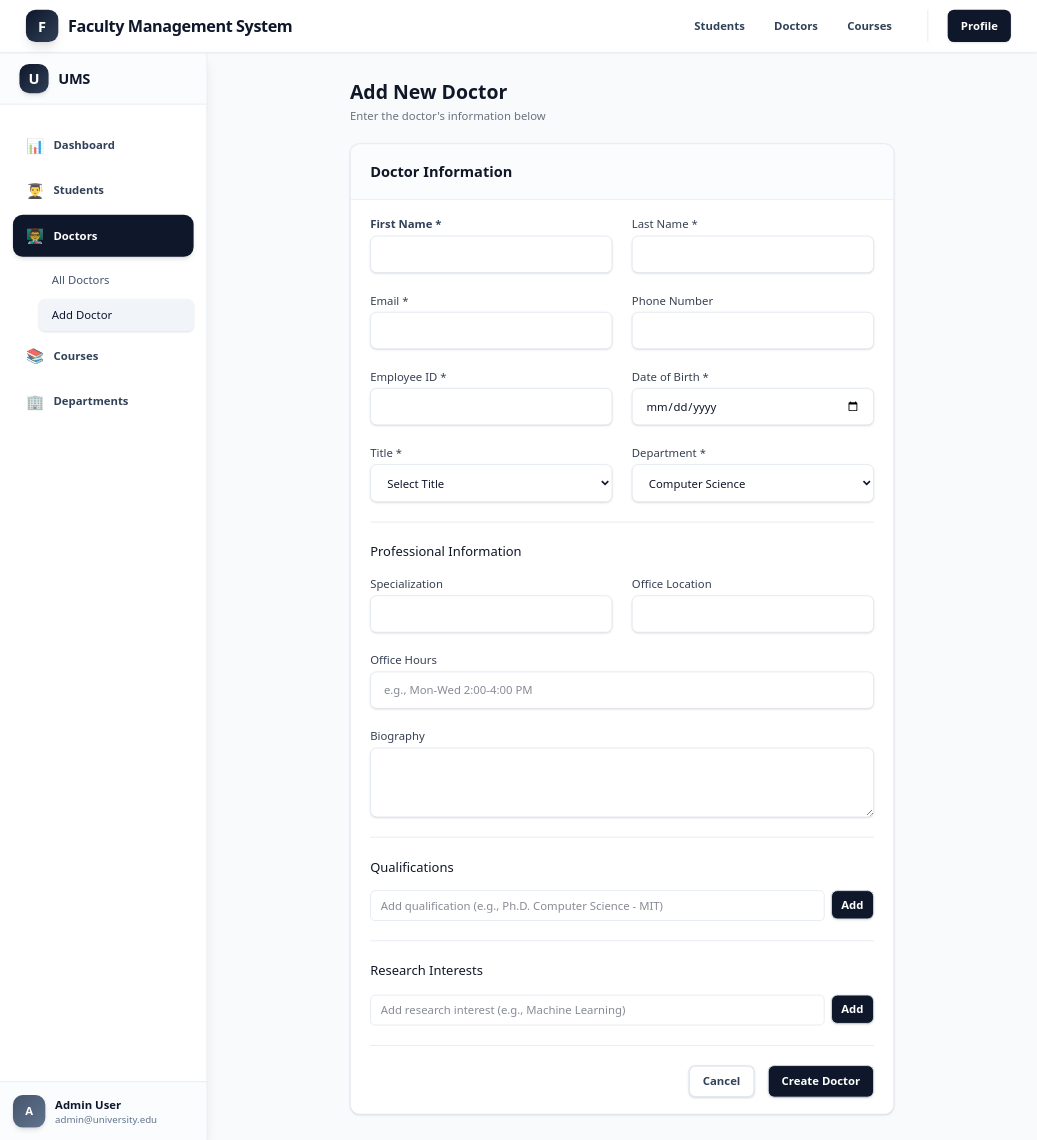
Repository: Mohamedmohsen179/Advanced-DB-Task
Page: /doctors/new (app in frontend/)
The author's editor kept a copy of each file at every save. The page is drawn from the files as they stood at one save, then again after the next save.
The browser window is 1280 px wide. The pictures show the whole page, at 81% of full size.
The project was rebuilt for these pictures with package versions that can differ from the ones it lists, and the page was loaded fresh each time. The framework's server and built-in components were replaced by stand-ins that run in the browser. Settings that the repository does not hold, such as keys and server addresses, were given made-up values. Also part of the build but not shown: frontend/next.config.ts.

Above is the page before, as saved 2025-11-28 18:57:45.

### frontend/app/layout.tsx
import type { Metadata } from "next";
import { Geist, Geist_Mono } from "next/font/google";
import "./globals.css";
import MainLayout from "../components/layout/MainLayout";

const geistSans = Geist({
  variable: "--font-geist-sans",
  subsets: ["latin"],
});

const geistMono = Geist_Mono({
  variable: "--font-geist-mono",
  subsets: ["latin"],
});

export const metadata: Metadata = {
  title: "University Management System",
  description: "A comprehensive university management system built with Next.js and TypeScript",
};

export default function RootLayout({
  children,
}: Readonly<{
  children: React.ReactNode;
}>) {
  return (
    <html lang="en">
      <body
        className={`${geistSans.variable} ${geistMono.variable} antialiased`}
      >
        <MainLayout>{children}</MainLayout>
      </body>
    </html>
  );
}

### frontend/app/doctors/new/page.tsx
'use client';

import { useState } from 'react';
import { useRouter } from 'next/navigation';
import { CreateDoctorRequest } from '../../../types';
import { apiService } from '../../../services/api';
import { Card, CardContent, CardHeader } from '../../../components/ui/Card';
import Button from '../../../components/ui/Button';

export default function NewDoctorPage() {
  const router = useRouter();
  const [loading, setLoading] = useState(false);
  const [error, setError] = useState<string | null>(null);

  const [formData, setFormData] = useState<CreateDoctorRequest>({
    firstName: '',
    lastName: '',
    email: '',
    phoneNumber: '',
    dateOfBirth: '',
    employeeId: '',
    departmentId: '1', // Default to first department
    title: '',
    specialization: '',
    officeLocation: '',
    officeHours: '',
    biography: '',
    qualifications: [],
    researchInterests: [],
  });

  const [qualificationInput, setQualificationInput] = useState('');
  const [researchInput, setResearchInput] = useState('');

  const handleInputChange = (e: React.ChangeEvent<HTMLInputElement | HTMLSelectElement | HTMLTextAreaElement>) => {
    const { name, value } = e.target;
    setFormData(prev => ({
      ...prev,
      [name]: value,
    }));
  };

  const addQualification = () => {
    if (qualificationInput.trim()) {
      setFormData(prev => ({
        ...prev,
        qualifications: [...prev.qualifications, qualificationInput.trim()],
      }));
      setQualificationInput('');
    }
  };

  const removeQualification = (index: number) => {
    setFormData(prev => ({
      ...prev,
      qualifications: prev.qualifications.filter((_, i) => i !== index),
    }));
  };

  const addResearchInterest = () => {
    if (researchInput.trim()) {
      setFormData(prev => ({
        ...prev,
        researchInterests: [...prev.researchInterests, researchInput.trim()],
      }));
      setResearchInput('');
    }
  };

  const removeResearchInterest = (index: number) => {
    setFormData(prev => ({
      ...prev,
      researchInterests: prev.researchInterests.filter((_, i) => i !== index),
    }));
  };

  const handleSubmit = async (e: React.FormEvent) => {
    e.preventDefault();
    setLoading(true);
    setError(null);

    try {
      const response = await apiService.createDoctor(formData);

      if (response.success) {
        router.push('/doctors');
      } else {
        setError('Failed to create doctor');
      }
    } catch (err) {
      setError('An error occurred while creating the doctor');
      console.error('Error creating doctor:', err);
    } finally {
      setLoading(false);
    }
  };

  return (
    <div className="max-w-2xl mx-auto">
      <div className="mb-6">
        <h1 className="text-2xl font-bold text-gray-900">Add New Doctor</h1>
        <p className="mt-1 text-sm text-gray-500">
          Enter the doctor&apos;s information below
        </p>
      </div>

      {error && (
        <div className="mb-6 bg-red-50 border border-red-200 rounded-md p-4">
          <div className="flex">
            <div className="flex-shrink-0">
              <svg className="h-5 w-5 text-red-400" viewBox="0 0 20 20" fill="currentColor">
                <path fillRule="evenodd" d="M10 18a8 8 0 100-16 8 8 0 000 16zM8.707 7.293a1 1 0 00-1.414 1.414L8.586 10l-1.293 1.293a1 1 0 101.414 1.414L10 11.414l1.293 1.293a1 1 0 001.414-1.414L11.414 10l1.293-1.293a1 1 0 00-1.414-1.414L10 8.586 8.707 7.293z" clipRule="evenodd" />
              </svg>
            </div>
            <div className="ml-3">
              <h3 className="text-sm font-medium text-red-800">Error</h3>
              <div className="mt-2 text-sm text-red-700">
                <p>{error}</p>
              </div>
            </div>
          </div>
        </div>
      )}

      <Card>
        <CardHeader>
          <h2 className="text-lg font-semibold text-gray-900">Doctor Information</h2>
        </CardHeader>
        <CardContent>
          <form onSubmit={handleSubmit} className="space-y-6">
            {/* Basic Information */}
            <div className="grid grid-cols-1 md:grid-cols-2 gap-6">
              <div>
                <label htmlFor="firstName" className="block text-sm font-semibold text-slate-700">
                  First Name *
                </label>
                <input
                  type="text"
                  id="firstName"
                  name="firstName"
                  required
                  value={formData.firstName}
                  onChange={handleInputChange}
                  className="mt-1 block w-full border border-slate-300 rounded-lg px-4 py-3 text-sm focus:outline-none focus:ring-2 focus:ring-slate-500 focus:border-slate-500 transition-all duration-200 bg-white shadow-sm"
                />
              </div>

              <div>
                <label htmlFor="lastName" className="block text-sm font-medium text-gray-700">
                  Last Name *
                </label>
                <input
                  type="text"
                  id="lastName"
                  name="lastName"
                  required
                  value={formData.lastName}
                  onChange={handleInputChange}
                  className="mt-1 block w-full border border-slate-300 rounded-lg px-4 py-3 text-sm focus:outline-none focus:ring-2 focus:ring-slate-500 focus:border-slate-500 transition-all duration-200 bg-white shadow-sm"
                />
              </div>

              <div>
                <label htmlFor="email" className="block text-sm font-medium text-gray-700">
                  Email *
                </label>
                <input
                  type="email"
                  id="email"
                  name="email"
                  required
                  value={formData.email}
                  onChange={handleInputChange}
                  className="mt-1 block w-full border border-slate-300 rounded-lg px-4 py-3 text-sm focus:outline-none focus:ring-2 focus:ring-slate-500 focus:border-slate-500 transition-all duration-200 bg-white shadow-sm"
                />
              </div>

              <div>
                <label htmlFor="phoneNumber" className="block text-sm font-medium text-gray-700">
                  Phone Number
                </label>
                <input
                  type="tel"
                  id="phoneNumber"
                  name="phoneNumber"
                  value={formData.phoneNumber}
                  onChange={handleInputChange}
                  className="mt-1 block w-full border border-slate-300 rounded-lg px-4 py-3 text-sm focus:outline-none focus:ring-2 focus:ring-slate-500 focus:border-slate-500 transition-all duration-200 bg-white shadow-sm"
                />
              </div>

              <div>
                <label htmlFor="employeeId" className="block text-sm font-medium text-gray-700">
                  Employee ID *
                </label>
                <input
                  type="text"
                  id="employeeId"
                  name="employeeId"
                  required
                  value={formData.employeeId}
                  onChange={handleInputChange}
                  className="mt-1 block w-full border border-slate-300 rounded-lg px-4 py-3 text-sm focus:outline-none focus:ring-2 focus:ring-slate-500 focus:border-slate-500 transition-all duration-200 bg-white shadow-sm"
                />
              </div>

              <div>
                <label htmlFor="dateOfBirth" className="block text-sm font-medium text-gray-700">
                  Date of Birth *
                </label>
                <input
                  type="date"
                  id="dateOfBirth"
                  name="dateOfBirth"
                  required
                  value={formData.dateOfBirth}
                  onChange={handleInputChange}
                  className="mt-1 block w-full border border-slate-300 rounded-lg px-4 py-3 text-sm focus:outline-none focus:ring-2 focus:ring-slate-500 focus:border-slate-500 transition-all duration-200 bg-white shadow-sm"
                />
              </div>

              <div>
                <label htmlFor="title" className="block text-sm font-medium text-gray-700">
                  Title *
                </label>
                <select
                  id="title"
                  name="title"
                  required
                  value={formData.title}
                  onChange={handleInputChange}
                  className="mt-1 block w-full border border-slate-300 rounded-lg px-4 py-3 text-sm focus:outline-none focus:ring-2 focus:ring-slate-500 focus:border-slate-500 transition-all duration-200 bg-white shadow-sm"
                >
                  <option value="">Select Title</option>
                  <option value="Professor">Professor</option>
                  <option value="Associate Professor">Associate Professor</option>
                  <option value="Assistant Professor">Assistant Professor</option>
                  <option value="Lecturer">Lecturer</option>
                  <option value="Instructor">Instructor</option>
                </select>
              </div>

              <div>
                <label htmlFor="departmentId" className="block text-sm font-medium text-gray-700">
                  Department *
                </label>
                <select
                  id="departmentId"
                  name="departmentId"
                  required
                  value={formData.departmentId}
                  onChange={handleInputChange}
                  className="mt-1 block w-full border border-slate-300 rounded-lg px-4 py-3 text-sm focus:outline-none focus:ring-2 focus:ring-slate-500 focus:border-slate-500 transition-all duration-200 bg-white shadow-sm"
                >
                  <option value="1">Computer Science</option>
                  <option value="2">Mathematics</option>
                </select>
              </div>
            </div>

            {/* Professional Information */}
            <div className="border-t border-gray-200 pt-6">
              <h3 className="text-md font-medium text-gray-900 mb-4">Professional Information</h3>
              <div className="grid grid-cols-1 md:grid-cols-2 gap-6">
                <div>
                  <label htmlFor="specialization" className="block text-sm font-medium text-gray-700">
                    Specialization
                  </label>
                  <input
                    type="text"
                    id="specialization"
                    name="specialization"
                    value={formData.specialization}
                    onChange={handleInputChange}
                    className="mt-1 block w-full border border-slate-300 rounded-lg px-4 py-3 text-sm focus:outline-none focus:ring-2 focus:ring-slate-500 focus:border-slate-500 transition-all duration-200 bg-white shadow-sm"
                  />
                </div>

                <div>
                  <label htmlFor="officeLocation" className="block text-sm font-medium text-gray-700">
                    Office Location
                  </label>
                  <input
                    type="text"
                    id="officeLocation"
                    name="officeLocation"
                    value={formData.officeLocation}
                    onChange={handleInputChange}
                    className="mt-1 block w-full border border-slate-300 rounded-lg px-4 py-3 text-sm focus:outline-none focus:ring-2 focus:ring-slate-500 focus:border-slate-500 transition-all duration-200 bg-white shadow-sm"
                  />
                </div>

                <div className="md:col-span-2">
                  <label htmlFor="officeHours" className="block text-sm font-medium text-gray-700">
                    Office Hours
                  </label>
                  <input
                    type="text"
                    id="officeHours"
                    name="officeHours"
                    placeholder="e.g., Mon-Wed 2:00-4:00 PM"
                    value={formData.officeHours}
                    onChange={handleInputChange}
                    className="mt-1 block w-full border border-slate-300 rounded-lg px-4 py-3 text-sm focus:outline-none focus:ring-2 focus:ring-slate-500 focus:border-slate-500 transition-all duration-200 bg-white shadow-sm"
                  />
                </div>

                <div className="md:col-span-2">
                  <label htmlFor="biography" className="block text-sm font-medium text-gray-700">
                    Biography
                  </label>
                  <textarea
                    id="biography"
                    name="biography"
                    rows={3}
                    value={formData.biography}
                    onChange={handleInputChange}
                    className="mt-1 block w-full border border-slate-300 rounded-lg px-4 py-3 text-sm focus:outline-none focus:ring-2 focus:ring-slate-500 focus:border-slate-500 transition-all duration-200 bg-white shadow-sm"
                  />
                </div>
              </div>
            </div>

            {/* Qualifications */}
            <div className="border-t border-gray-200 pt-6">
              <h3 className="text-md font-medium text-gray-900 mb-4">Qualifications</h3>
              <div className="flex gap-2 mb-3">
                <input
                  type="text"
                  placeholder="Add qualification (e.g., Ph.D. Computer Science - MIT)"
                  value={qualificationInput}
                  onChange={(e) => setQualificationInput(e.target.value)}
                  className="flex-1 border border-gray-300 rounded-md px-3 py-2 text-sm focus:outline-none focus:ring-2 focus:ring-blue-500 focus:border-blue-500"
                />
                <Button type="button" onClick={addQualification} size="sm">
                  Add
                </Button>
              </div>
              {formData.qualifications.length > 0 && (
                <div className="space-y-2">
                  {formData.qualifications.map((qualification, index) => (
                    <div key={index} className="flex items-center justify-between bg-gray-50 px-3 py-2 rounded-md">
                      <span className="text-sm text-gray-900">{qualification}</span>
                      <button
                        type="button"
                        onClick={() => removeQualification(index)}
                        className="text-red-600 hover:text-red-800 text-sm"
                      >
                        Remove
                      </button>
                    </div>
                  ))}
                </div>
              )}
            </div>

            {/* Research Interests */}
            <div className="border-t border-gray-200 pt-6">
              <h3 className="text-md font-medium text-gray-900 mb-4">Research Interests</h3>
              <div className="flex gap-2 mb-3">
                <input
                  type="text"
                  placeholder="Add research interest (e.g., Machine Learning)"
                  value={researchInput}
                  onChange={(e) => setResearchInput(e.target.value)}
                  className="flex-1 border border-gray-300 rounded-md px-3 py-2 text-sm focus:outline-none focus:ring-2 focus:ring-blue-500 focus:border-blue-500"
                />
                <Button type="button" onClick={addResearchInterest} size="sm">
                  Add
                </Button>
              </div>
              {formData.researchInterests.length > 0 && (
                <div className="flex flex-wrap gap-2">
                  {formData.researchInterests.map((interest, index) => (
                    <div key={index} className="flex items-center bg-blue-50 px-3 py-1 rounded-full">
                      <span className="text-sm text-blue-800">{interest}</span>
                      <button
                        type="button"
                        onClick={() => removeResearchInterest(index)}
                        className="ml-2 text-blue-600 hover:text-blue-800"
                      >
                        ×
                      </button>
                    </div>
                  ))}
                </div>
              )}
            </div>

            <div className="flex justify-end space-x-4 pt-6 border-t border-gray-200">
              <Button
                type="button"
                variant="outline"
                onClick={() => router.back()}
              >
                Cancel
              </Button>
              <Button
                type="submit"
                loading={loading}
              >
                Create Doctor
              </Button>
            </div>
          </form>
        </CardContent>
      </Card>
    </div>
  );
}

Loaded but not shown: frontend/services/api.ts (539 lines, source omitted); frontend/components/layout/Sidebar.tsx (158 lines, source omitted); frontend/components/layout/Navbar.tsx (102 lines, source omitted); frontend/components/ui/Button.tsx (47 lines, source omitted); frontend/components/ui/Card.tsx (83 lines, source omitted); frontend/app/globals.css (90 lines, source omitted); frontend/components/layout/MainLayout.tsx (50 lines, source omitted)

After the next save:
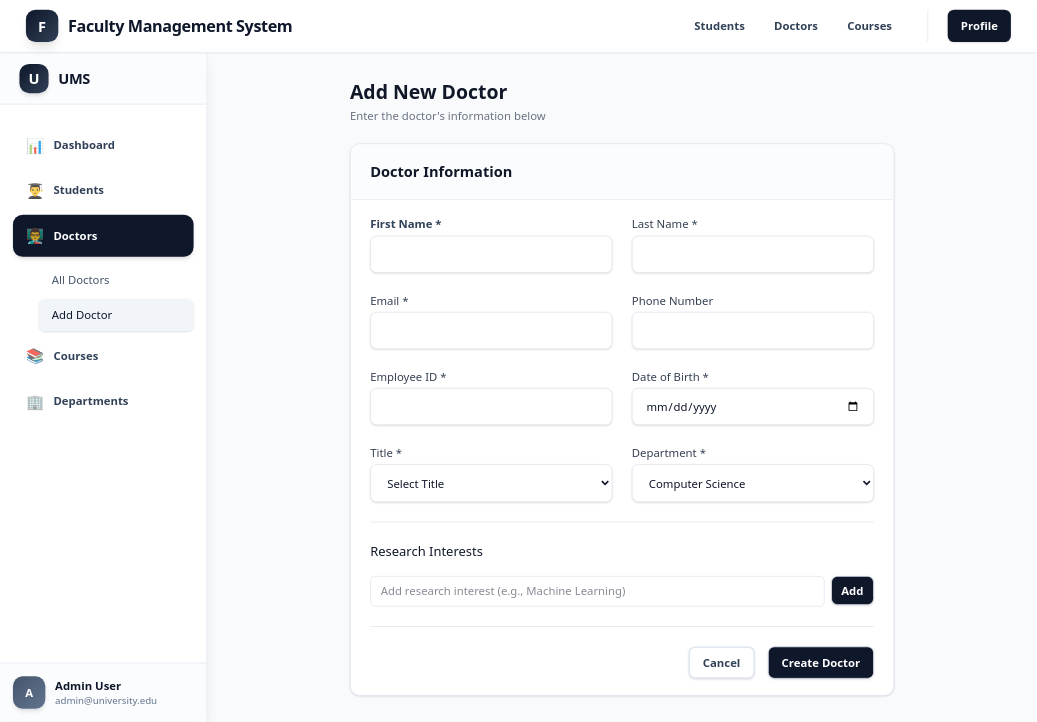
Saved 6 min 16 s later.
--- a/frontend/app/doctors/new/page.tsx
+++ b/frontend/app/doctors/new/page.tsx
@@ -258,101 +258,7 @@ export default function NewDoctorPage() {
               </div>
             </div>
 
-            {/* Professional Information */}
-            <div className="border-t border-gray-200 pt-6">
-              <h3 className="text-md font-medium text-gray-900 mb-4">Professional Information</h3>
-              <div className="grid grid-cols-1 md:grid-cols-2 gap-6">
-                <div>
-                  <label htmlFor="specialization" className="block text-sm font-medium text-gray-700">
-                    Specialization
-                  </label>
-                  <input
-                    type="text"
-                    id="specialization"
-                    name="specialization"
-                    value={formData.specialization}
-                    onChange={handleInputChange}
-                    className="mt-1 block w-full border border-slate-300 rounded-lg px-4 py-3 text-sm focus:outline-none focus:ring-2 focus:ring-slate-500 focus:border-slate-500 transition-all duration-200 bg-white shadow-sm"
-                  />
-                </div>
-
-                <div>
-                  <label htmlFor="officeLocation" className="block text-sm font-medium text-gray-700">
-                    Office Location
-                  </label>
-                  <input
-                    type="text"
-                    id="officeLocation"
-                    name="officeLocation"
-                    value={formData.officeLocation}
-                    onChange={handleInputChange}
-                    className="mt-1 block w-full border border-slate-300 rounded-lg px-4 py-3 text-sm focus:outline-none focus:ring-2 focus:ring-slate-500 focus:border-slate-500 transition-all duration-200 bg-white shadow-sm"
-                  />
-                </div>
-
-                <div className="md:col-span-2">
-                  <label htmlFor="officeHours" className="block text-sm font-medium text-gray-700">
-                    Office Hours
-                  </label>
-                  <input
-                    type="text"
-                    id="officeHours"
-                    name="officeHours"
-                    placeholder="e.g., Mon-Wed 2:00-4:00 PM"
-                    value={formData.officeHours}
-                    onChange={handleInputChange}
-                    className="mt-1 block w-full border border-slate-300 rounded-lg px-4 py-3 text-sm focus:outline-none focus:ring-2 focus:ring-slate-500 focus:border-slate-500 transition-all duration-200 bg-white shadow-sm"
-                  />
-                </div>
-
-                <div className="md:col-span-2">
-                  <label htmlFor="biography" className="block text-sm font-medium text-gray-700">
-                    Biography
-                  </label>
-                  <textarea
-                    id="biography"
-                    name="biography"
-                    rows={3}
-                    value={formData.biography}
-                    onChange={handleInputChange}
-                    className="mt-1 block w-full border border-slate-300 rounded-lg px-4 py-3 text-sm focus:outline-none focus:ring-2 focus:ring-slate-500 focus:border-slate-500 transition-all duration-200 bg-white shadow-sm"
-                  />
-                </div>
-              </div>
-            </div>
-
-            {/* Qualifications */}
-            <div className="border-t border-gray-200 pt-6">
-              <h3 className="text-md font-medium text-gray-900 mb-4">Qualifications</h3>
-              <div className="flex gap-2 mb-3">
-                <input
-                  type="text"
-                  placeholder="Add qualification (e.g., Ph.D. Computer Science - MIT)"
-                  value={qualificationInput}
-                  onChange={(e) => setQualificationInput(e.target.value)}
-                  className="flex-1 border border-gray-300 rounded-md px-3 py-2 text-sm focus:outline-none focus:ring-2 focus:ring-blue-500 focus:border-blue-500"
-                />
-                <Button type="button" onClick={addQualification} size="sm">
-                  Add
-                </Button>
-              </div>
-              {formData.qualifications.length > 0 && (
-                <div className="space-y-2">
-                  {formData.qualifications.map((qualification, index) => (
-                    <div key={index} className="flex items-center justify-between bg-gray-50 px-3 py-2 rounded-md">
-                      <span className="text-sm text-gray-900">{qualification}</span>
-                      <button
-                        type="button"
-                        onClick={() => removeQualification(index)}
-                        className="text-red-600 hover:text-red-800 text-sm"
-                      >
-                        Remove
-                      </button>
-                    </div>
-                  ))}
-                </div>
-              )}
-            </div>
+
 
             {/* Research Interests */}
             <div className="border-t border-gray-200 pt-6">
